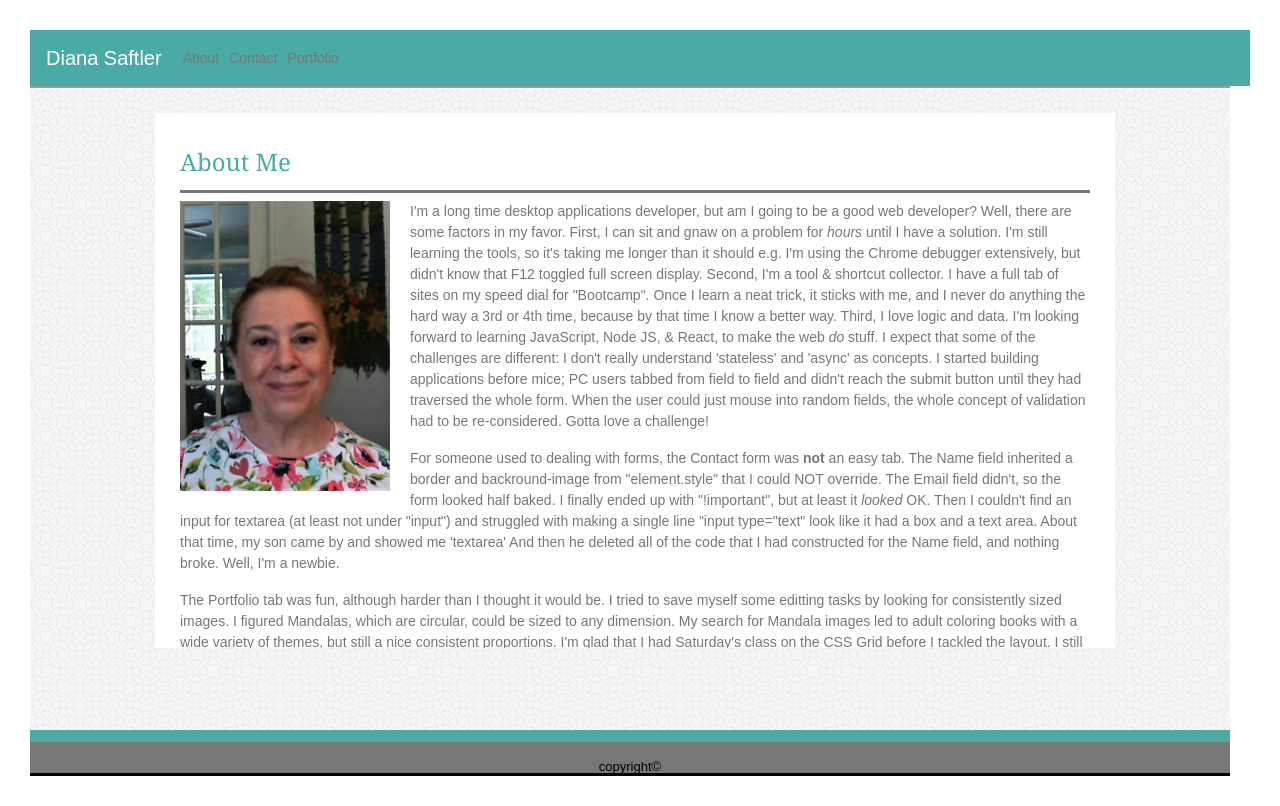
Repository: dsaftler/Bootstrap-Portfolio
Page: index.html
The author's editor kept a copy of each file at every save. The page is drawn from the files as they stood at one save, then again after the next save.
The browser window is 1280 px wide. The pictures show the whole page.
An inner scrolling area shows only its first screen.

Above is the page before, as saved 2019-03-20 17:49:18.

### index.html
<!DOCTYPE html>
<html lang="en">
<head>
    <title>Diana Saftler Portfolio</title>
    <meta name="viewport" content="width=device-width, initial-scale=1, shrink-to-fit=no">
    <link rel="stylesheet" href="https://maxcdn.bootstrapcdn.com/bootstrap/4.0.0/css/bootstrap.min.css" integrity="sha384-Gn5384xqQ1aoWXA+058RXPxPg6fy4IWvTNh0E263XmFcJlSAwiGgFAW/dAiS6JXm" crossorigin="anonymous">
    <link rel="stylesheet" href="assets/css/style.css">
    <link rel="icon" href="assets/images/Peony.jpg" type="image/jpg" sizes="16x16">
    <meta charset="UTD-8">
</head>
<body>

  <nav class="navbar navbar-expand-lg" style="background-color: #4aaaa5;">
    <a class="navbar-brand" style="color: white" href="#">Diana Saftler</a>
    <div class="collapse navbar-collapse" id="navbarNavAltMarkup">
      <!-- <div class="navbar-nav"> -->
      <ul class="nav navbar-nav navbar-right">
        <li><a  href="index.html">About</a></li>
        <li><a   href="contact.html">Contact</a></li>
        <li><a   href="portfolio.html">Portfolio</a></li>
      </ul>
    </div>
  </nav>



        <!-- <ul>
            <li><a href="index.html">About</a></li>
            <li><a href="contact.html">Contact</a></li>
            <li><a href="portfolio.html">Portfolio</a></li>
        </ul> -->

    <div class="bg-pattern">
        <div class="center-panel">
                <h2>About Me</h2>
            <img class="image_about" src="assets/images/photo.jpg" alt="in my office">
            <p>I'm a long time desktop applications developer, but am I going to be a good web developer?  Well, there are some factors in my favor.  First, I can sit and gnaw on a problem for <em>hours</em> until I have a solution.  I'm still learning the tools, so it's taking me longer than it should e.g. I'm using the Chrome debugger extensively, but didn't know that F12 toggled full screen display. Second, I'm a tool & shortcut collector.  I have a full tab of sites on my speed dial for "Bootcamp".  Once I learn a neat trick, it sticks with me, and I never do anything the hard way a 3rd or 4th time, because by that time I know a better way.  Third, I love logic and data.  I'm looking forward to learning JavaScript, Node JS, & React, to make the web <em>do</em> stuff.  I expect that some of the challenges are different: I don't really understand 'stateless' and 'async' as concepts.  I started building applications before mice;  PC users tabbed from field to field and didn't reach the submit button until they had traversed the whole form.  When the user could just mouse into random fields, the whole concept of validation had to be re-considered. Gotta love a challenge!
            </p>
            <p>For someone used to dealing with forms, the Contact form was <strong>not</strong> an easy tab. The Name field inherited a border and backround-image from "element.style" that I could NOT override. The Email field didn't, so the form looked half baked.  I finally ended up with "!important", but at least it <em>looked</em> OK.  Then I couldn't find an input for textarea (at least not under "input") and struggled with making a single line "input type="text" look like it had a box and a text area.  About that time, my son came by and showed me 'textarea'  And then he deleted all of the code that I had constructed for the Name field, and nothing broke. Well, I'm a newbie. </p>
            <p>The Portfolio tab was fun, although harder than I thought it would be.  I tried to save myself some editting tasks by looking for consistently sized images.  I figured Mandalas, which are circular, could be sized to any dimension.  My search for Mandala images led to adult coloring books with a wide variety of themes, but still a nice consistent proportions. I'm glad that I had Saturday's class on the CSS Grid before I tackled the layout.  I still had trouble getting the images to wrap left, but once I got that solved  with 2 images, it was easy to do them all without even needing rows.  I also added hover, 'tool tips', and links to the full sized images.  Print some out and spend some time with your crayolas!</p>


        </div>
    </div>
    <footer>copyright&copy</footer>
</body>
</html>

### Assets/CSS/style.css
* {
    box-sizing: border-box;
}

body {
    font-size: 14px;
    font-family: Arial, "Helvetica Neue", Helvetica, sans-serif;
    background-color: #ffffff;
    padding: 30px;
    color:  #777777;

}
header{
    left: 80px;
    background-color: #ffffff;
    height: 25px;
    width: 1200px;
}
footer {
    color: black;
    font-size: small;
    text-align: center;
    padding: 15px;
    clear: both;
    background-color: #777777;
    height: 40px;
    width: 1200px;
    border-style: solid;
    border-top-color: #4aaaa5;
    border-top-width: 6px;
    border-left-width: 0;
    border-right-width: 0;
}
p {
    padding: 0 0 10 0;
}

.bg-pattern {
    clear: both;
  /* margin-top: 40px; */
  padding: 50px;
  padding-top: 5px;
  /* background-color: #b1f3f3;  */
  height: 650px;
  width: 1200px;

  background-image: url("../images/circles-light.png");
  border-style: solid;
  border-top-color: #999a9b;
  border-top-width: 2px;
  border-left-width: 0;
  border-right-width: 0;
  border-bottom-color: #4aaaa5;
  border-bottom-width: 6px;

}

.center-panel {
    clear: both;
    display: inline-block;
    /* position: absolute; */
    top: 150px;
    right: 0;
    bottom: 0;
    left: 0;
    margin-left: 75px;
    margin-top: 20px;
    width: 960px;
    height: 535px;
    background-color: #ffffff;
    padding: 25px;
    overflow: auto;
    z-index: 1;

}

ul {
    list-style-type: none;
    margin: 0;
    padding: 0;
}

li a {
    display: block;
    width: 60 px;
}



ul {
    list-style-type: none;
    margin: 0;
    padding: 0;
    float: right;
    width: 175px;
}

li { display: inline-block; }

li a {
    color: #777777;
    text-decoration: none;
    padding: 5px;
}

li a:hover {
    background-color: #4aaaa5;
    color: white;

}
h1, h2 {font-family: Georgia, Times, "Times New Roman", serif;}
h1 {
    float: left;
    box-shadow: 10px 0px 0px 0px #4aaaa5, -10px 0px 0px 0px #4aaaa5;

    height: 65px;
    /* width: 200px; */

    top: 0;
    margin: 0;
    margin-left: 135px;

    background-color: #4aaaa5;
    color: white;
    font-size: 30px;
    text-align: center;
    padding: 10px 0;
    /* padding: 10px; */
}

h2 {
    font-size: 24px;
    margin-top: 10px;
    color: #4aaaa5;
    padding-bottom: 13px;
    border-bottom: 3px solid #777777;
}
h4 { margin: 3px}


.image_about {
    float: left;
    padding-right: 20px;
    padding-bottom: 20px;
    width: 230px;
    height: 310px;
}

input[type="text"] {
    width : 450px;
    margin: 0;
    padding: 2px;
    padding-left: 10px;
    -webkit-box-sizing: border-box; /* For legacy WebKit based browsers */
       -moz-box-sizing: border-box; /* For legacy (Firefox <29) Gecko based browsers */
            box-sizing: border-box;
}

.textbox {
    border:1px solid  #777777;
    padding: 10px;
    width: 650;
    height: 175px;
    font-size: 13.33px;
    font-family: Arial, Helvetica, sans-serif;
}
.submit {
    display: block;
    width: 60px;
    height: 29px;
    background-color: #4aaaa5;
    color: #ffffff;
    font-weight: bold;
}
.portfolio {
    max-width:100%;
    max-height: 100%
   }
.content {
    padding: 6px;
    float: left;
}

.row {
    margin: 0;
    height: 225px;
}
.row,
.row > .column {
    padding: 5 px;
}
.col {
   float:left;
    height: 225px;
     width: 25%;
     margin: 0;
}
.row:after {
    content: "";
    display: table;
    clear: both;
}
.gallery {
    border: 2px solid #4aaaa5;
    padding: 10px;
    height: 200px;
    width: 200px;
}
.gallery:hover {
    border-color: #06faee;
}
.box {
    height:150px;
    border: solid;
    border-width: 1px;

}
/* portfolio page */

.work {
    position: relative;
    float: left;
    width: 274px;
    margin: 20px 0 25px;
    overflow: auto;
  }

  .work:nth-child(even) {
    margin-right: 40px;
  }

  .work img {
    width: 100%;
    border: 0 none;
    opacity: 0.8;
  }

  .work h3 {
    position: absolute;
    bottom: 20px;
    width: 100%;
    padding: 15px;
    margin-bottom: 0;
    font-weight: 300;
    line-height: 30px;
    color: #ffffff;
    text-align: center;
    background: #4aaaa5;
    border-bottom: 0;
  }

  .auth-image {
    float: left;
    width: 200px;
    height: auto;
    margin-top: 10px;
    margin-right: 25px;
  }
  #masthead {
    position: fixed;
    z-index: 99;
    width: 100%;
    margin: 0 0 30px;
    overflow: auto;
    color: #ffffff;
    background: #ffffff;
    border-bottom: 2px solid #cccccc;
  }

  #logo {
    float: left;
    width: 250px;
    height: 90px;
    font-family: Georgia, Times, "Times New Roman", serif;
    font-size: 30px;
    font-weight: 700;
    line-height: 90px;
    color: #ffffff;
    text-align: center;
    text-decoration: none;
    background: #4aaaa5;
  }
  #main-container {
    padding-top: 130px;
    min-height: calc(100vh - 70px);
  }

  .main-section {
    float: left;
    width: 100%;
    max-width: 960px;
    padding: 30px;
    margin: 0 0 40px;
    background: #ffffff;
    border: 1px solid #dddddd;
  }

After the next save:
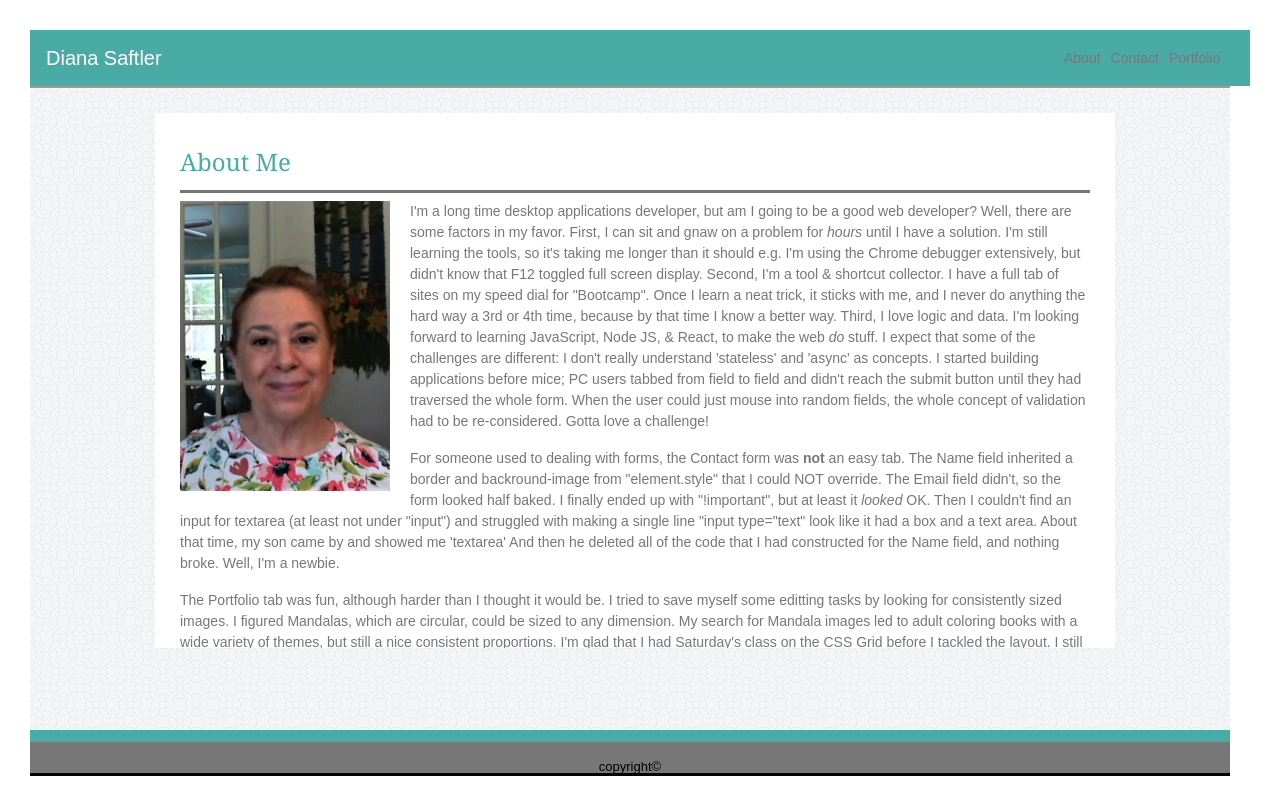
Saved 3 min 17 s later.
--- a/index.html
+++ b/index.html
@@ -14,7 +14,7 @@
     <a class="navbar-brand" style="color: white" href="#">Diana Saftler</a>
     <div class="collapse navbar-collapse" id="navbarNavAltMarkup">
       <!-- <div class="navbar-nav"> -->
-      <ul class="nav navbar-nav navbar-right">
+      <ul class="nav navbar-nav ml-auto">
         <li><a  href="index.html">About</a></li>
         <li><a   href="contact.html">Contact</a></li>
         <li><a   href="portfolio.html">Portfolio</a></li>
